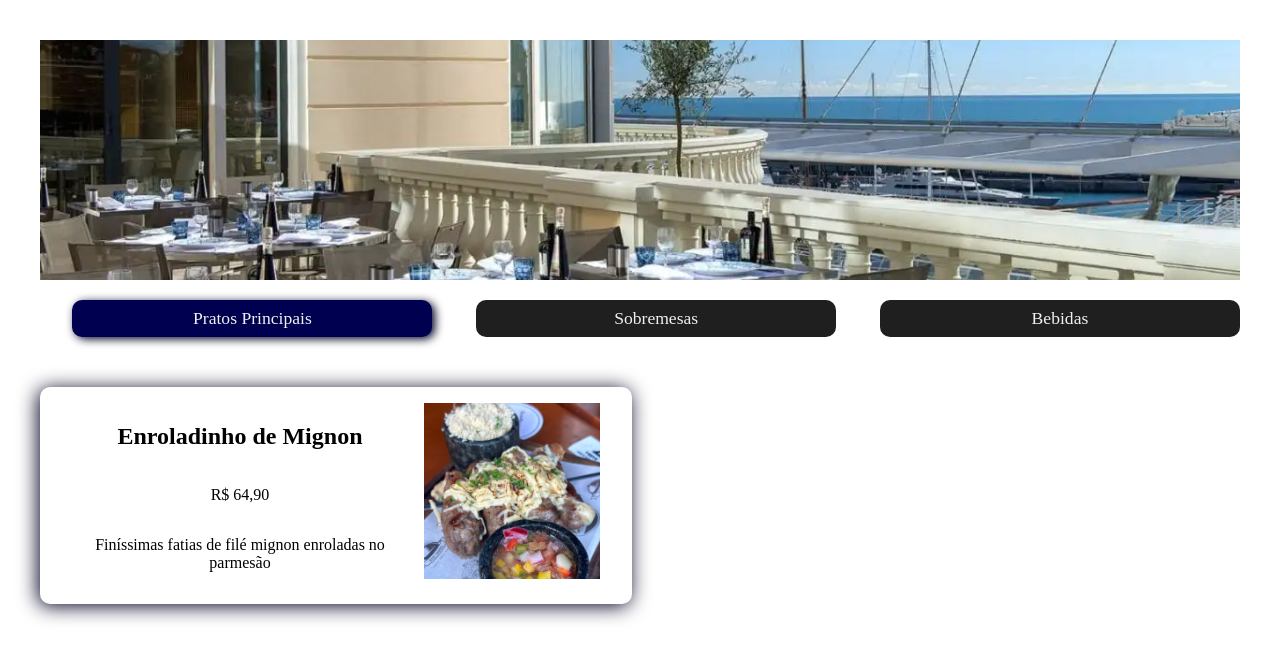
Repository: CarlosEduardoVdeOliveira/cardapio
Page: /
An editor plug-in stored every save of this project. The page is shown before and after the next save, followed by the edit.
The browser window is 1280 px wide. The pictures show the whole page.
The project was rebuilt for these pictures with package versions that can differ from the ones it lists, and the page was loaded fresh each time. Also part of the build but not shown: vite.config.js.

Above is the page before, as saved 2024-02-02 14:44:52.

### src/App.jsx
import "./App.css"
import { Navegacao } from "./Navegacao"
import banner from "./assets/hashtaurante.webp"
import { ItemCardapio } from "./itemCardapio"

export function App() {
  return (
    <>
      <img className="capa" src={banner} alt="imagem do restaurante em Monaco, França, em frente ao mar" />
      <Navegacao />
      <div className="menu">
        <ItemCardapio />
      </div>
    </>
  )
}

### src/Navegacao.jsx

export function Navegacao() {
  return (
    <div className="navegacao">
      <input type="radio" name="opcao-pagina" id="pagina-0" defaultChecked />
      <label htmlFor="pagina-0">Pratos Principais</label>
      <input type="radio" name="opcao-pagina" id="pagina-1" />
      <label htmlFor="pagina-1">Sobremesas</label>
      <input type="radio" name="opcao-pagina" id="pagina-2" />
      <label htmlFor="pagina-2">Bebidas</label>
    </div>
  )
}

### src/itemCardapio.jsx
import {enroladinhoMignon} from "./cardapio"
export function ItemCardapio(){
  return (
    <div className="container-item-cardapio">
      <div>
        <h2>{enroladinhoMignon.nome}</h2>
        <p>{enroladinhoMignon.preco}</p>
        <p>{enroladinhoMignon.descricao}</p>
      </div>
      <img src={enroladinhoMignon.imagem} alt={enroladinhoMignon.descricao} />
    </div>
  )
}

### src/cardapio.js
import enroladinhoMignonImg from './assets/pratos/enroladinho-mignon.jpeg';
import casal20Img from './assets/pratos/casal-20.jpeg';
import burguerPicanhaImg from './assets/pratos/burguer-picanha.jpeg';
import fishChipsImg from './assets/pratos/fish-chips.jpeg';
import risotoCamaraoTrufadoImg from './assets/pratos/risoto-camarao-trufado.jpeg';

import brownieImg from './assets/sobremesas/brownie.jpeg';
import cocadaFornoImg from './assets/sobremesas/cocada-forno.jpeg';
import petitGateauImg from './assets/sobremesas/petit-gateau.jpeg';

import aguaSemGasImg from './assets/bebidas/agua-sem-gas.jpeg';
import aguaComGasImg from './assets/bebidas/agua-com-gas.jpeg';
import cocaColaImg from './assets/bebidas/coca-cola.jpeg';
import guaranaImg from './assets/bebidas/guarana.jpeg';
import heinekenImg from './assets/bebidas/heineken.jpeg';

export const enroladinhoMignon = {
  nome: 'Enroladinho de Mignon',
  preco: 'R$ 64,90',
  imagem: enroladinhoMignonImg,
  descricao: 'Finíssimas fatias de filé mignon enroladas no parmesão',
};
const casal20 = {
  nome: 'Casal 20',
  preco: 'R$ 29,00',
  imagem: casal20Img,
  descricao: 'Casal perfeito pão de alho caseiro e linguiça toscana grill',
};
const burguerPicanha = {
  nome: 'Burguer de Picanha',
  preco: 'R$ 44,90',
  imagem: burguerPicanhaImg,
  descricao:
    'Burguer de Picanha Angus, Queijo Cheddar, Crisp de Cebola e Geléia de Bacon',
};
const fishChips = {
  nome: 'Fish and Chips',
  preco: 'R$ 79,90',
  imagem: fishChipsImg,
  descricao:
    'Iscas de Peixe Empanada na Farinha Panko e Flocos de Milho e Batata Frita Palito',
};
const risotoCamaraoTrufado = {
  nome: 'Risoto de Camarão Trufado',
  preco: 'R$ 72,90',
  imagem: risotoCamaraoTrufadoImg,
  descricao:
    'Arroz Arbóreo, camarões salteados no azeite trufado e crocantes de panko',
};

const brownie = {
  nome: 'Brownie',
  preco: 'R$ 32,90',
  imagem: brownieImg,
  descricao:
    'Delicioso brownie caseiro, sorvete de creme, calda quente de chocolate',
};
const cocadaForno = {
  nome: 'Cocada de Forno',
  preco: 'R$ 32,90',
  imagem: cocadaFornoImg,
  descricao:
    'Cremosa cocada de coco torrado, doce de leite argentino e sorvete de creme',
};
const petitGateau = {
  nome: 'Petit Gateau',
  preco: 'R$ 34,90',
  imagem: petitGateauImg,
  descricao:
    'Bolo quente recheado com ganache de chocolate, leite condensado e castanha de caju',
};

const aguaSemGas = {
  nome: 'Água sem gás',
  preco: 'R$ 6,90',
  imagem: aguaSemGasImg,
  descricao: '310ml',
};
const aguaComGas = {
  nome: 'Água com gás',
  preco: 'R$ 7,90',
  imagem: aguaComGasImg,
  descricao: '310ml',
};
const cocaCola = {
  nome: 'Coca-Cola',
  preco: 'R$ 7,90',
  imagem: cocaColaImg,
  descricao: '290ml',
};
const guarana = {
  nome: 'Guaraná Antártica',
  preco: 'R$ 7,90',
  imagem: guaranaImg,
  descricao: '350ml',
};
const heineken = {
  nome: 'Heineken',
  preco: 'R$ 15,90',
  imagem: heinekenImg,
  descricao: '355ml',
};

export const pratosPrincipais = [
  burguerPicanha,
  enroladinhoMignon,
  casal20,
  fishChips,
  risotoCamaraoTrufado,
];

export const sobremesas = [brownie, cocadaForno, petitGateau];

export const bebidas = [aguaSemGas, aguaComGas, cocaCola, guarana, heineken];

Loaded but not shown: index.html (common file); src/main.jsx (common file); src/App.css (common file)

After the next save:
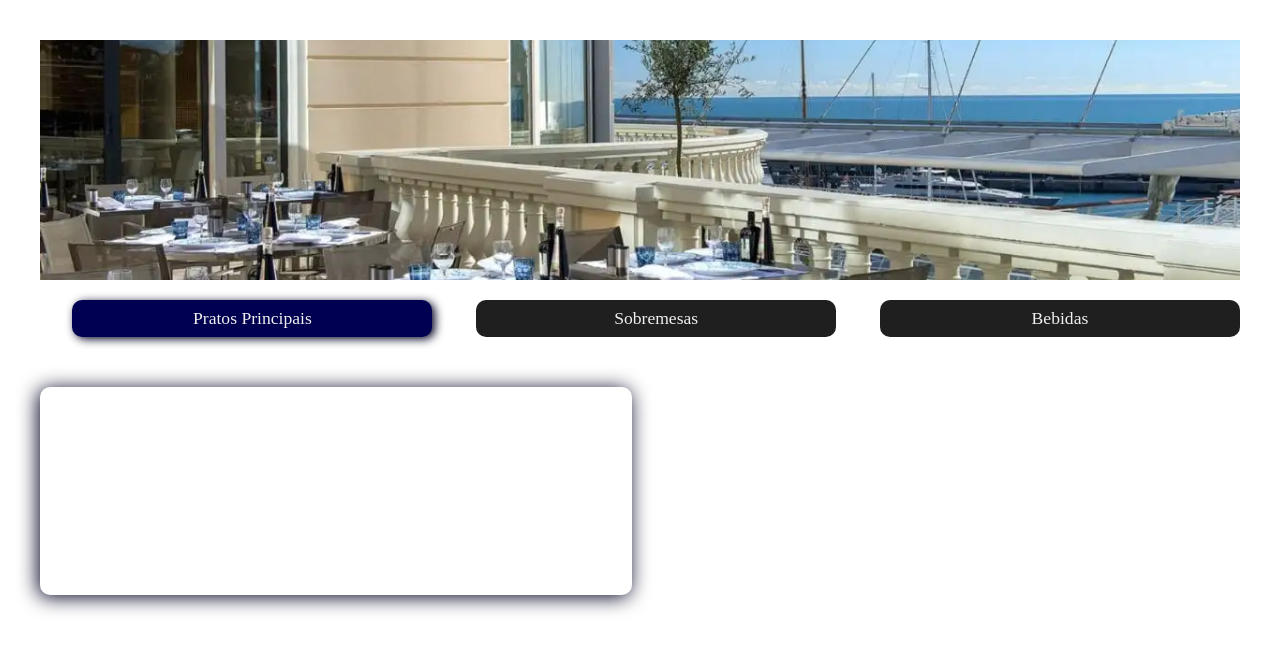
Saved 2 min 23 s later.
--- a/src/itemCardapio.jsx
+++ b/src/itemCardapio.jsx
@@ -1,13 +1,13 @@
-import {enroladinhoMignon} from "./cardapio"
-export function ItemCardapio(){
+// import {enroladinhoMignon} from "./cardapio"
+export function ItemCardapio(props){
   return (
     <div className="container-item-cardapio">
       <div>
-        <h2>{enroladinhoMignon.nome}</h2>
-        <p>{enroladinhoMignon.preco}</p>
-        <p>{enroladinhoMignon.descricao}</p>
+        <h2>{props.nome}</h2>
+        <p>{props.preco}</p>
+        <p>{props.descricao}</p>
       </div>
-      <img src={enroladinhoMignon.imagem} alt={enroladinhoMignon.descricao} />
+      <img src={props.imagem} alt={props.descricao} />
     </div>
   )
 }
